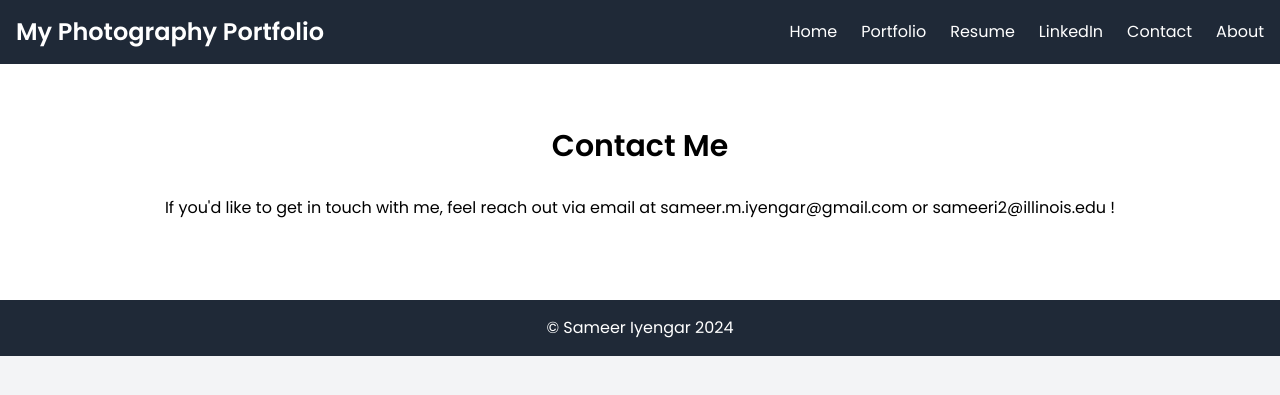
Repository: siyengar04/siyengar04.github.io
Page: contact.html
An editor plug-in stored every save of this project. The page is shown before and after the next save, followed by the edit.
The browser window is 1280 px wide. The pictures show the whole page.
Some web libraries are served in a nearby version.

Above is the page before, as saved 2024-11-01 13:28:41.

### contact.html
<!DOCTYPE html>
<html lang="en">

<head>
    <meta charset="UTF-8">
    <meta name="viewport" content="width=device-width, initial-scale=1.0">
    <title>Contact</title>
    <script src="https://cdn.tailwindcss.com"></script>
    <link href="https://fonts.googleapis.com/css2?family=Poppins:wght@300;400;600&display=swap" rel="stylesheet">
    <style>
        body {
            font-family: 'Poppins', sans-serif;
        }
    </style>
</head>

<body class="bg-gray-100">
    <header class="bg-gray-800 text-white py-4">
        <div class="container mx-auto flex justify-between items-center px-4">
            <h1 class="text-2xl font-semibold">My Photography Portfolio</h1>
            <nav>
                <ul class="flex space-x-6">
                    <li><a href="index.html" class="hover:text-gray-400">Home</a></li>
                    <li><a href="/portfolio.html" class="hover:text-gray-400">Portfolio</a></li>
                    <li><a href="/resume.html" class="hover:text-gray-400">Resume </a></li>
                    <li><a href="https://www.linkedin.com/in/sameer-iyengar/" class="hover:text-gray-400">LinkedIn</a></li>
                    <li><a href="/contact.html" class="hover:text-gray-400">Contact</a></li>
                    <li><a href="/about.html" class="hover:text-gray-400">About</a></li>
                </ul>
            </nav>
        </div>
    </header>

    <section id="contact" class="contact py-16 bg-white">
        <div class="container mx-auto px-4 text-center">
            <h2 class="text-3xl font-bold mb-8">Contact Me</h2>
            <p class="mb-4">If you'd like to get in touch with me, feel reach out via email at<a href= "mailto: name@email.com"> sameer.m.iyengar@gmail.com </a> or <a href= "mailto: name@email.com"> sameeri2@illinois.edu </a>!</p>

        </div>
    </section>

    <footer class="bg-gray-800 text-white text-center py-4">
        <div class="container mx-auto">
            <p>&copy; Sameer Iyengar 2024</p>
        </div>
    </footer>
</body>

</html>

After the next save:
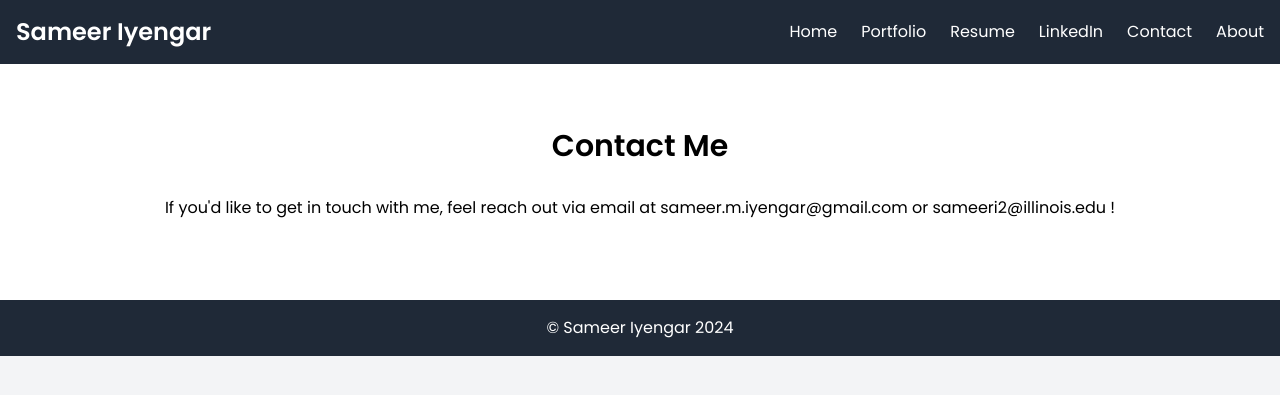
Saved 7 s later.
--- a/contact.html
+++ b/contact.html
@@ -17,7 +17,7 @@
 <body class="bg-gray-100">
     <header class="bg-gray-800 text-white py-4">
         <div class="container mx-auto flex justify-between items-center px-4">
-            <h1 class="text-2xl font-semibold">My Photography Portfolio</h1>
+            <h1 class="text-2xl font-semibold">Sameer Iyengar</h1>
             <nav>
                 <ul class="flex space-x-6">
                     <li><a href="index.html" class="hover:text-gray-400">Home</a></li>
